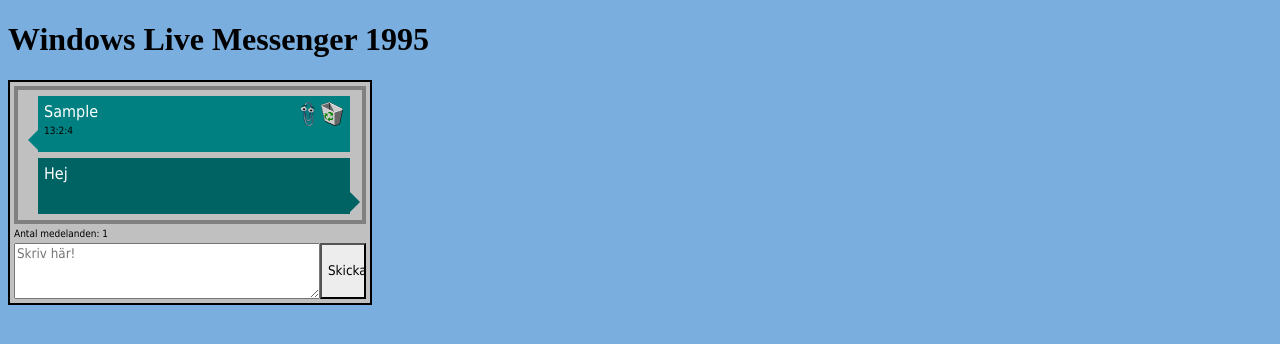
Repository: rs222kn/1dv403-laborationer
Page: 2-labbymezzage/index.html
The author's editor kept a record of every edit. The page is drawn from the files as they stood at one moment, then again after the next edit.
The browser window is 1280 px wide. The pictures show the whole page.
Empty fields were first filled with sample values (such as "Sample", 5 or name@example.com).
After loading, the first visible `#send` was clicked once.

Above is the page before.
Console error: TypeError: Failed to execute 'appendChild' on 'Node': parameter 1 is not of type 'Node'.

After the next edit:
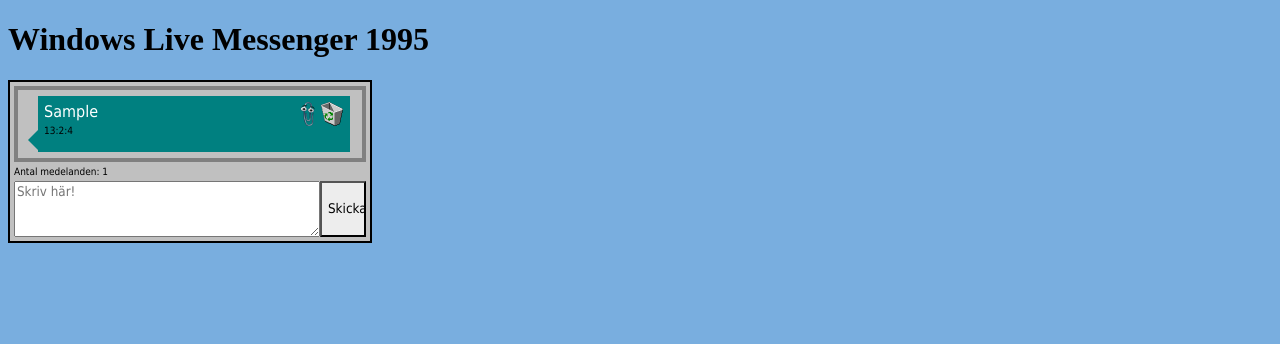
The error is gone.
The edit:
--- a/2-labbymezzage/js/MessageBoard.js
+++ b/2-labbymezzage/js/MessageBoard.js
@@ -114,8 +114,8 @@
         });
 
 
-        MessageBoard.renderAiMessage(MessageBoard.doc.count);
-        MessageBoard.doc.count++;
+        //MessageBoard.renderAiMessage(MessageBoard.doc.count);
+        //MessageBoard.doc.count++;
     },
     removeMessage: function(messageID){
         MessageBoard.messages.splice(messageID, 1);
